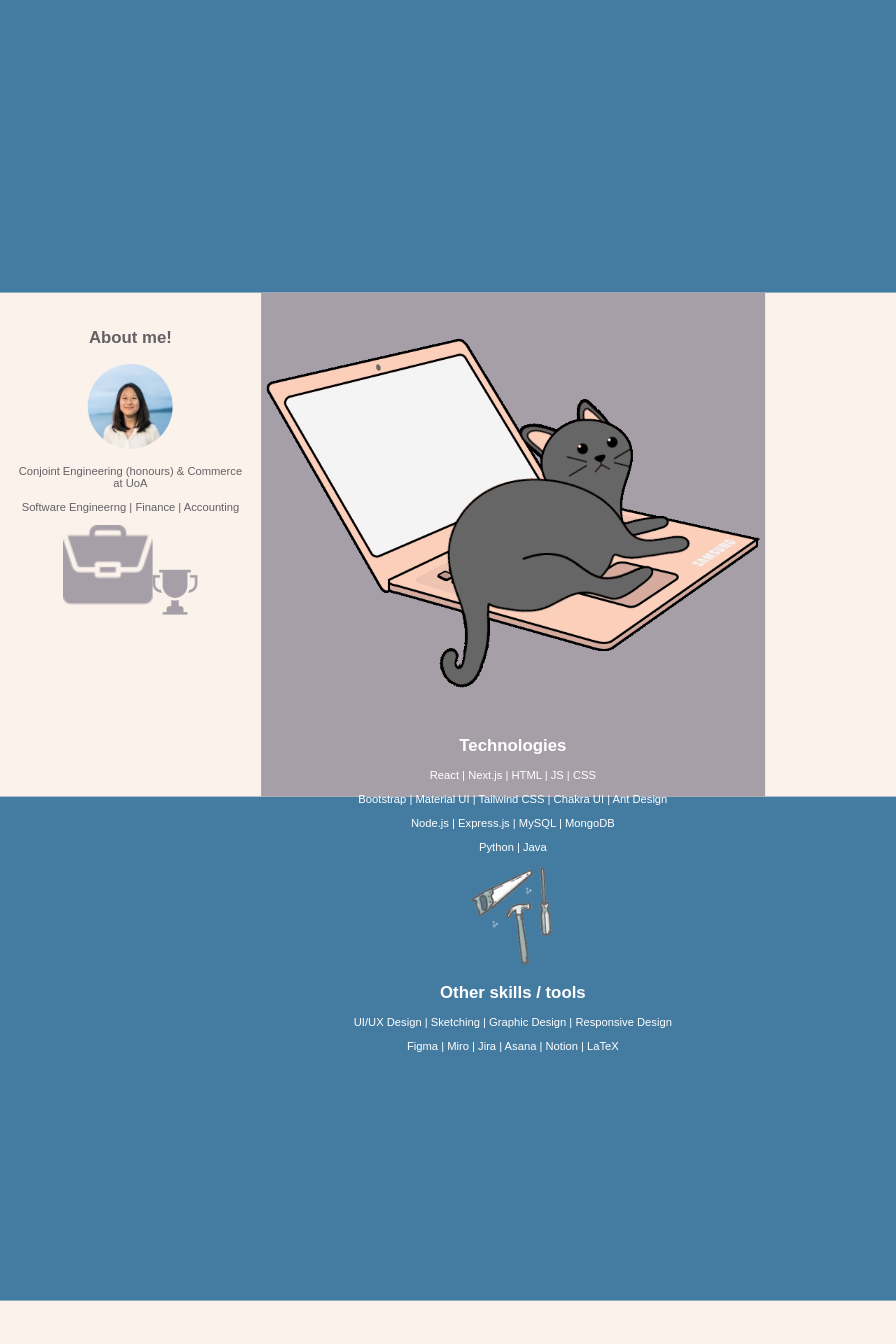
Repository: lukisoo/lukisoo-portfolio
Page: /
An editor plug-in stored every save of this project. The page is shown before and after the next save, followed by the edit.
The browser window is 1280 px wide. The pictures show the part of the page from y = 410 to 2330 px (the page is 2988 px tall), at 70% of full size.
The project was rebuilt for these pictures with package versions that can differ from the ones it lists, and the page was loaded fresh each time.

Above is the page before, as saved 2022-07-31 07:20:43.

### public/index.html
<!DOCTYPE html>
<html lang="en">
  <head>
    <meta charset="utf-8" />
    <link rel="icon" href="%PUBLIC_URL%/favicon.ico" />
    <meta name="viewport" content="width=device-width, initial-scale=1" />
    <meta name="theme-color" content="#000000" />
    <meta
      name="description"
      content="Web site created using create-react-app"
    />
    <link rel="apple-touch-icon" href="%PUBLIC_URL%/logo192.png" />
    <!--
      manifest.json provides metadata used when your web app is installed on a
      user's mobile device or desktop. See https://developers.google.com/web/fundamentals/web-app-manifest/
    -->
    <link rel="manifest" href="%PUBLIC_URL%/manifest.json" />
    <!--
      Notice the use of %PUBLIC_URL% in the tags above.
      It will be replaced with the URL of the `public` folder during the build.
      Only files inside the `public` folder can be referenced from the HTML.

      Unlike "/favicon.ico" or "favicon.ico", "%PUBLIC_URL%/favicon.ico" will
      work correctly both with client-side routing and a non-root public URL.
      Learn how to configure a non-root public URL by running `npm run build`.
    -->
    <title>Lucy Zhu's Portfolio</title>
  </head>
  <body>
    <noscript>You need to enable JavaScript to run this app.</noscript>
    <div id="root"></div>
    <!--
      This HTML file is a template.
      If you open it directly in the browser, you will see an empty page.

      You can add webfonts, meta tags, or analytics to this file.
      The build step will place the bundled scripts into the <body> tag.

      To begin the development, run `npm start` or `yarn start`.
      To create a production bundle, use `npm run build` or `yarn build`.
    -->
  </body>
</html>

### src/index.js
import React from "react";
import {
  BrowserRouter as Router,
  Route,
  BrowserRouter,
} from "react-router-dom";
import ReactDOM from "react-dom/client";
import "./index.css";
import App from "./App";
import reportWebVitals from "./reportWebVitals";

const root = ReactDOM.createRoot(document.getElementById("root"));
root.render(
  <React.StrictMode>
    <BrowserRouter>
        <App />
    </BrowserRouter>
  </React.StrictMode>
);

// If you want to start measuring performance in your app, pass a function
// to log results (for example: reportWebVitals(console.log))
// or send to an analytics endpoint. Learn more: https://bit.ly/CRA-vitals
reportWebVitals();

### src/index.css
@import url('https://fonts.googleapis.com/css2?family=Source+Sans+Pro:ital,wght@0,200;0,300;0,400;0,600;0,700;0,900;1,200;1,300;1,400;1,600;1,700;1,900&display=swap');

body {
  margin: 0;
  /* font-family: -apple-system, BlinkMacSystemFont, 'Segoe UI', 'Roboto', 'Oxygen',
    'Ubuntu', 'Cantarell', 'Fira Sans', 'Droid Sans', 'Helvetica Neue',
    sans-serif; */
    font-family: arial;
  -webkit-font-smoothing: antialiased;
  -moz-osx-font-smoothing: grayscale;
  background-color: #447BA1;
  color: white;
  /* font-family: 'Source Sans Pro', sans-serif; */
  overflow-x: hidden;
}

code {
  font-family: source-code-pro, Menlo, Monaco, Consolas, 'Courier New',
    monospace;
}

a {
  text-decoration: none;
}

### src/App.js
import "./App.css";

import { Link } from "react-router-dom";
import Grid from "@mui/material/Grid";

import ProfilePhoto from "./images/header/profile-photo.png";
import LinkedinLogo from "./images/header/linkedin-logo.png";
import GithubLogo from "./images/header/github-logo.png";
import ExperienceLogo from "./images/about-me/experience.png";
import AchievementsLogo from "./images/about-me/achievements.png";

import Laptop from "./images/about-me/laptop.gif";
import Tools from "./images/about-me/tools.gif";

function App() {
  return (
    <div className="App">
      <header className="full-section">
        <div className="header-content">
          <Grid container spacing={3}>
            <Grid item xs={12} md={12}>
              <img
                src={ProfilePhoto}
                className="profile-photo"
                alt="Profile Photo"
              />
            </Grid>
            <Grid item xs={12} md={12}>
              <h2>Hey there, I'm Lucy Zhu. I'm a capricorn.</h2>
            </Grid>
            <Grid item xs={12} md={12}>
              <a href="https://www.linkedin.com/in/lucyzhu613/">
                {" "}
                <img
                  src={LinkedinLogo}
                  className="social-logo"
                  alt="Linkedin Logo"
                />
              </a>
              <a href="https://github.com/lukisoo">
                <img
                  src={GithubLogo}
                  className="social-logo"
                  alt="Github Logo"
                />
              </a>
            </Grid>
            <Grid item xs={12} md={12}>
              <hr className="header-divider" />
            </Grid>
            <Grid item xs={12} md={4}>
              <a href="#about-me-section">
                <div className="box-1">
                  <div className="btn btn-one">
                    <span>ABOUT ME</span>
                  </div>
                </div>
              </a>
            </Grid>
            <Grid item xs={12} md={4}>
              <a href="#projects-section">
                <div className="box-1">
                  <div className="btn btn-one">
                    <span>PROJECTS</span>
                  </div>
                </div>
              </a>
            </Grid>
            <Grid item xs={12} md={4}>
              <a href="#contact-section">
                <div className="box-1">
                  <div className="btn btn-one">
                    <span>CONTACT</span>
                  </div>
                </div>
              </a>
            </Grid>
          </Grid>
        </div>
      </header>

      <section id="about-me-section" className="full-section">
        <div className="about-me-content">
          <Grid container spacing={0}>
            <Grid item xs={12} md={4}>
              <div className="about-me-left">
                <div className="details-content">
                  <h1>About me!</h1>
                  <img
                    src={ProfilePhoto}
                    className="profile-photo"
                    alt="Profile Photo"
                  />
                  <p>Conjoint Engineering (honours) & Commerce at UoA</p>
                  <p>Software Engineerng | Finance | Accounting</p>
                  <img
                    src={ExperienceLogo}
                    className="profile-photo"
                    alt="Experience Logo"
                  />
                  <img
                    src={AchievementsLogo}
                    className=""
                    alt="Achievements Logo"
                  />
                </div>
              </div>
            </Grid>
            <Grid item xs={12} md={8}>
              <div className="about-me-right">
                <div className="skills-content">
                  <img src={Laptop} className="" alt="Laptop" />
                  <h2>Technologies</h2>
                  <p>React | Next.js | HTML | JS | CSS</p>
                  <p>
                    Bootstrap | Material UI | Tailwind CSS | Chakra UI | Ant
                    Design
                  </p>
                  <p>Node.js | Express.js | MySQL | MongoDB</p>
                  <p>Python | Java</p>
                  <img src={Tools} className="profile-photo" alt="Tools" />
                  <h2>Other skills / tools</h2>
                  <p>
                    UI/UX Design | Sketching | Graphic Design | Responsive
                    Design
                  </p>
                  <p>Figma | Miro | Jira | Asana | Notion | LaTeX</p>
                </div>

                {/* <Grid container spacing={2}>
                  <Grid item xs={6} md={8}>
                    <p>hey</p>
                  </Grid>
                  <Grid item xs={6} md={4}>
                    <p>hey</p>
                  </Grid>
                </Grid> */}
              </div>
            </Grid>
          </Grid>
        </div>
      </section>

      <section id="projects-section" className="full-section">
        <div>
          <Grid container spacing={2}>
            <Grid item xs={6} md={8}></Grid>
            <Grid item xs={6} md={4}></Grid>
            <Grid item xs={6} md={4}></Grid>
            <Grid item xs={6} md={8}></Grid>
          </Grid>
        </div>
      </section>

      <section id="contact-section" className="full-section">
        <div>
          {" "}
          <Grid container spacing={2}>
            <Grid item xs={6} md={8}></Grid>
            <Grid item xs={6} md={4}></Grid>
            <Grid item xs={6} md={4}></Grid>
            <Grid item xs={6} md={8}></Grid>
          </Grid>
        </div>
      </section>
    </div>
  );
}

export default App;

### src/App.css
.App {
  text-align: center;
  margin: 0;
}

/* Section Content */
.full-section {
  height: 100vh;
  width: 100vw;
}

/* Buttons */
.box-1 {
  /* background-color: hsl(0, 100%, 70%);  */
  width: 250px;
  margin: auto;
}

.btn {
	line-height: 50px;
	height: 50px;
	text-align: center;
	width: 250px;
	cursor: pointer;
}

.btn-one {
	color: #FFF;
	transition: all 0.3s;
	position: relative;
}
.btn-one span {
	transition: all 0.3s;
}
.btn-one::before {
	content: '';
	position: absolute;
	bottom: 0;
	left: 0;
	width: 100%;
	height: 100%;
	z-index: 1;
	opacity: 0;
	transition: all 0.3s;
	border-top-width: 1px;
	border-bottom-width: 1px;
	border-top-style: solid;
	border-bottom-style: solid;
	border-top-color: rgba(255,255,255,0.5);
	border-bottom-color: rgba(255,255,255,0.5);
	transform: scale(0.1, 1);
}
.btn-one:hover span {
	letter-spacing: 2px;
}
.btn-one:hover::before {
	opacity: 1;
	transform: scale(1, 1);
}
.btn-one::after {
	content: '';
	position: absolute;
	bottom: 0;
	left: 0;
	width: 100%;
	height: 100%;
	z-index: 1;
	transition: all 0.3s;
	background-color: rgba(255,255,255,0.1);
}
.btn-one:hover::after {
	opacity: 0;
	transform: scale(0.1, 1);
}

/* Header CSS */
.header-content {
  width: 60vw;
  height: 70vh;
  margin: 0 auto 0 auto;
  margin-top: 15vh;
  /* background-color: red; */
}

.header-divider {
  color: white;
  border-width: 2px;
}

.profile-photo {
  width: 10vw;
  height: auto;
}

.social-logo {
  width: 40px;
  height: auto;
  padding: 0 1% 0 1%;
}

.social-logo:hover {
  opacity: 0.8;
  cursor: pointer;
}

/* About Me CSS */
#about-me-section {
  background-color: #FBF2EB;
}

.about-me-content {
  height: 100vh;
  width: 100vw;
}

.about-me-left {

}

.details-content {
  padding: 8% 5% 8% 5%;
  color: #646064;
}

.about-me-right {
  background-color: #A79FA7;
  height: 100vh;

}

.skills-content {
  padding: 5% 0 5% 0;
}

/* Projects CSS */

/* Contact CSS */

#contact-section {
  background-color: #FBF2EB;
}

Loaded but not shown: src/reportWebVitals.js (common file)

After the next save:
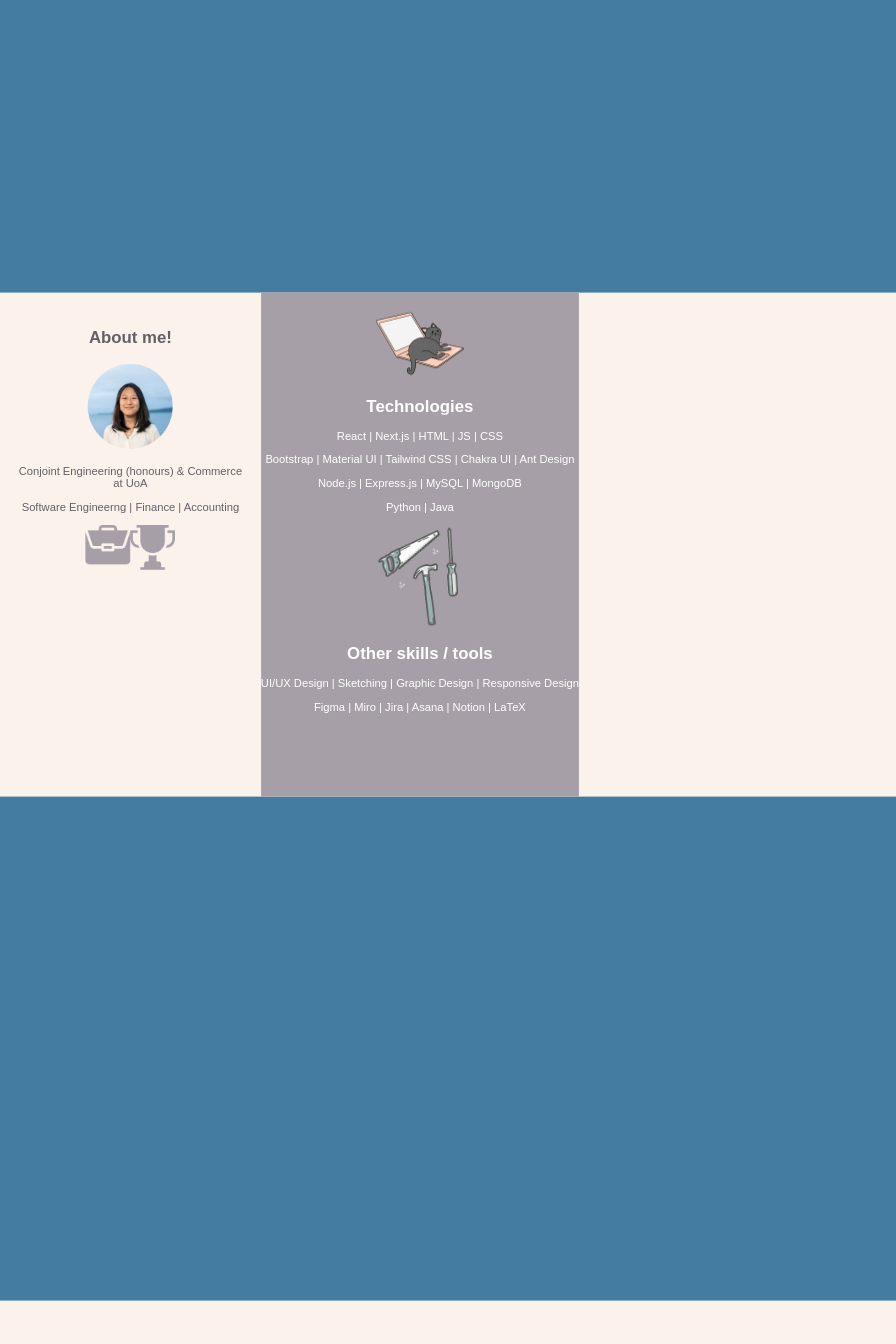
Saved 23 s later.
--- a/src/App.js
+++ b/src/App.js
@@ -95,7 +95,7 @@ function App() {
                   <p>Software Engineerng | Finance | Accounting</p>
                   <img
                     src={ExperienceLogo}
-                    className="profile-photo"
+                    className=""
                     alt="Experience Logo"
                   />
                   <img
@@ -109,7 +109,7 @@ function App() {
             <Grid item xs={12} md={8}>
               <div className="about-me-right">
                 <div className="skills-content">
-                  <img src={Laptop} className="" alt="Laptop" />
+                  <img src={Laptop} className="profile-photo" alt="Laptop" />
                   <h2>Technologies</h2>
                   <p>React | Next.js | HTML | JS | CSS</p>
                   <p>
